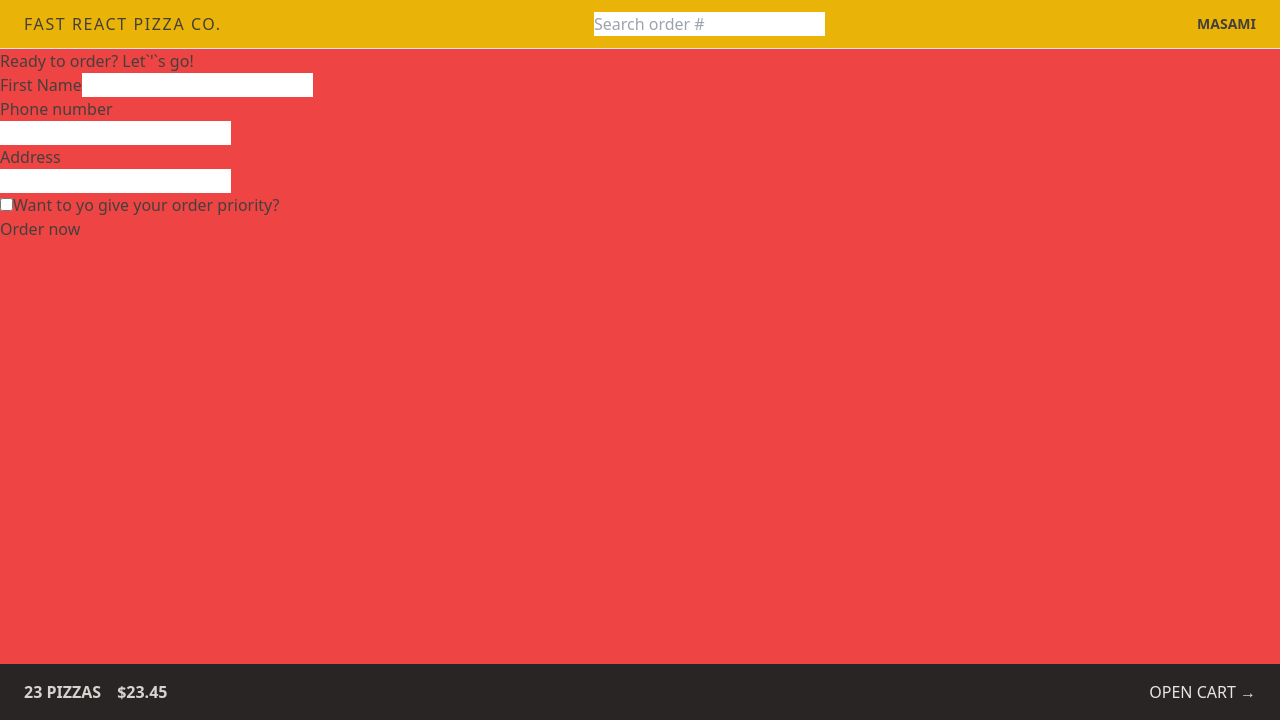
Repository: masamichan/pizza-vite
Page: /order/new
The author's editor kept a copy of each file at every save. The page is drawn from the files as they stood at one save, then again after the next save.
The browser window is 1280 px wide. The pictures show the whole page.
The project was rebuilt for these pictures with package versions that can differ from the ones it lists, and the page was loaded fresh each time. Also part of the build but not shown: vite.config.js, src/ui/Home.jsx, src/utils/helpers.js, src/features/menu/MenuItem.jsx, src/features/menu/Menu.jsx, src/features/cart/Cart.jsx, src/features/order/Order.jsx, src/ui/Loader.jsx and 1 more. Imported but missing from the stored project, and not drawn on this page: src/features/user/CreateUser.

Above is the page before, as saved 2023-12-22 10:45:21.

### src/App.jsx
import { RouterProvider, createBrowserRouter } from "react-router-dom"
import Home from './ui/Home'
import Menu, {loader as menuLoader} from './features/menu/Menu';
import Cart from './features/cart/Cart';
import CreateOrder, {action as createOrderAction} from './features/order/CreateOrder';
import Order, {loader as orderLoader} from "./features/order/Order"
import AppLayout from "./ui/AppLayout";
import Error from "./ui/Error"

const router = createBrowserRouter([
  {
    element: <AppLayout />,
    errorElement: <Error />,
    children: [
  { path: "/", element: <Home/>},
  { path: "/menu", element: <Menu />, loader: menuLoader, errorElement: <Error />},
  {path: "/cart",element: <Cart />},
  {path: "/order/new",element: <CreateOrder />, action: createOrderAction},
  {path: "/order/:orderId", element: <Order />, loader: orderLoader, errorElement: <Error />}
    ],
  },
])




function App() {
  return <RouterProvider router={router} />
}

export default App

### src/features/order/CreateOrder.jsx
import { useState } from "react";
import { Form, redirect, useActionData, useNavigation } from "react-router-dom";
import { createOrder } from "../../services/apiRestaurant";

// https://uibakery.io/regex-library/phone-number
const isValidPhone = (str) =>
  /^\+?\d{1,4}?[-.\s]?\(?\d{1,3}?\)?[-.\s]?\d{1,4}[-.\s]?\d{1,4}[-.\s]?\d{1,9}$/.test(
    str
  );

const fakeCart = [
  {
    pizzaId: 12,
    name: "Mediterranean",
    quantity: 2,
    unitPrice: 16,
    totalPrice: 32,
  },
  {
    pizzaId: 6,
    name: "Vegetale",
    quantity: 1,
    unitPrice: 13,
    totalPrice: 13,
  },
  {
    pizzaId: 11,
    name: "Spinach and Mushroom",
    quantity: 1,
    unitPrice: 15,
    totalPrice: 15,
  },
];

function CreateOrder() {
  const navigation = useNavigation()
  const isSubmitting = navigation.state === "submitting"

  const formErrors = useActionData()


  // const [withPriority, setWithPriority] = useState(false);
  const cart = fakeCart;

  return (
    <div>
      <h2>Ready to order? Let`&apos;`s go!</h2>

      <Form method="POST">
        <div>
          <label>First Name</label>
          <input type="text" name="customer" required />
        </div>

        <div>
          <label>Phone number</label>
          <div>
            <input type="tel" name="phone" required />
          </div>
          {formErrors ?.phone && <p>{formErrors.phone}</p>}
        </div>

        <div>
          <label>Address</label>
          <div>
            <input type="text" name="address" required />
          </div>
        </div>

        <div>
          <input
            type="checkbox"
            name="priority"
            id="priority"
            // value={withPriority}
            // onChange={(e) => setWithPriority(e.target.checked)}
          />
          <label htmlFor="priority">Want to yo give your order priority?</label>
        </div>

        <div>
          <input type="hidden" name="cart" value={JSON.stringify(cart)} />
          <button disabled={isSubmitting}>
            {isSubmitting ? "Placing order..." : "Order now"}
          </button>
        </div>
      </Form>
    </div>
  );
}

export async function action({request}) {
  const formData = await request.formData()
  const data = Object.fromEntries(formData)

  const order = {
    ...data,
    cart: JSON.parse(data.cart),
    priority: data.priority === "on"
  }

  const errors = {}
  if (!isValidPhone(order.phone))
    errors.phone = "Please give us your correct phone number. We might need it to contact you."

  if (Object.keys(errors).length > 0) return errors

  const newOrder = await createOrder(order)

  return redirect(`/order/${newOrder.id}`)
}

export default CreateOrder;

### src/ui/AppLayout.jsx
import Header from './Header';
import Loader from './Loader';
import { Outlet, useNavigation } from 'react-router-dom';
import CartOverview from '../features/cart/CartOverview';

function AppLayout() {
  const navigation = useNavigation();
  const isLoading = navigation.state === 'loading';
  return (
    <div className="grid h-screen grid-rows-[auto_1fr_auto]  bg-red-500">
      {isLoading && <Loader />}

      <Header />
      <main>
        <Outlet />
      </main>
      <CartOverview />
    </div>
  );
}

export default AppLayout;

### src/services/apiRestaurant.js
const API_URL = 'https://react-fast-pizza-api.onrender.com/api';

export async function getMenu() {
  const res = await fetch(`${API_URL}/menu`);

  // fetch won't throw error on 400 errors (e.g. when URL is wrong), so we need to do it manually. This will then go into the catch block, where the message is set
  if (!res.ok) throw Error('Failed getting menu');

  const { data } = await res.json();
  return data;
}

export async function getOrder(id) {
  const res = await fetch(`${API_URL}/order/${id}`);
  if (!res.ok) throw Error(`Couldn't find order #${id}`);

  const { data } = await res.json();
  return data;
}

export async function createOrder(newOrder) {
  try {
    const res = await fetch(`${API_URL}/order`, {
      method: 'POST',
      body: JSON.stringify(newOrder),
      headers: {
        'Content-Type': 'application/json',
      },
    });

    if (!res.ok) throw Error();
    const { data } = await res.json();
    return data;
  } catch {
    throw Error('Failed creating your order');
  }
}

export async function updateOrder(id, updateObj) {
  try {
    const res = await fetch(`${API_URL}/order/${id}`, {
      method: 'PATCH',
      body: JSON.stringify(updateObj),
      headers: {
        'Content-Type': 'application/json',
      },
    });

    if (!res.ok) throw Error();
    // We don't need the data, so we don't return anything
  } catch (err) {
    throw Error('Failed updating your order');
  }
}

### src/ui/Header.jsx
import { Link } from 'react-router-dom';
import SearchOrder from '../features/order/SearchOrder';
import UserName from '../features/user/UserName';

function Header() {
  return (
    <header className="flex items-center justify-between border-b border-stone-200 bg-yellow-500 px-4 py-3 uppercase sm:px-6">
      <Link to="/" className="tracking-widest">
        Fast React Pizza Co.
      </Link>
      <SearchOrder />
      <UserName />
    </header>
  );
}

export default Header;

### src/features/cart/CartOverview.jsx
import { Link } from 'react-router-dom';

function CartOverview() {
  return (
    <div className="flex items-center justify-between bg-stone-800 px-4 py-4 text-sm uppercase text-stone-200 sm:px-6 md:text-base">
      <p className="sm-space-x-6 space-x-4 font-semibold text-stone-300">
        <span>23 pizzas</span>
        <span>$23.45</span>
      </p>
      <Link to="/cart">Open cart &rarr;</Link>
    </div>
  );
}

export default CartOverview;

### src/features/order/SearchOrder.jsx
import { useState } from "react"
import { useNavigate } from "react-router-dom";

function SearchOrder() {

  const[query, setQuery] = useState('')
  const navigate = useNavigate()

  function handleSubmit(e) {
    e.preventDefault();
    if(!query) return;
    navigate(`/order/${query}`)
    setQuery("");
  }

  return (
    <form onSubmit={handleSubmit}>
      <input
      placeholder="Search order #"
      value={query}
      onChange={(e) => setQuery(e.target.value)}
      />
    </form>
  )
}

export default SearchOrder

### src/features/user/UserName.jsx
function UserName() {
  return <div className="hidden text-sm font-semibold md:block">Masami</div>;
}

export default UserName;

Loaded but not shown: index.html (common file); src/main.jsx (common file); src/index.css (common file); tailwind.config.js (common file)

After the next save:
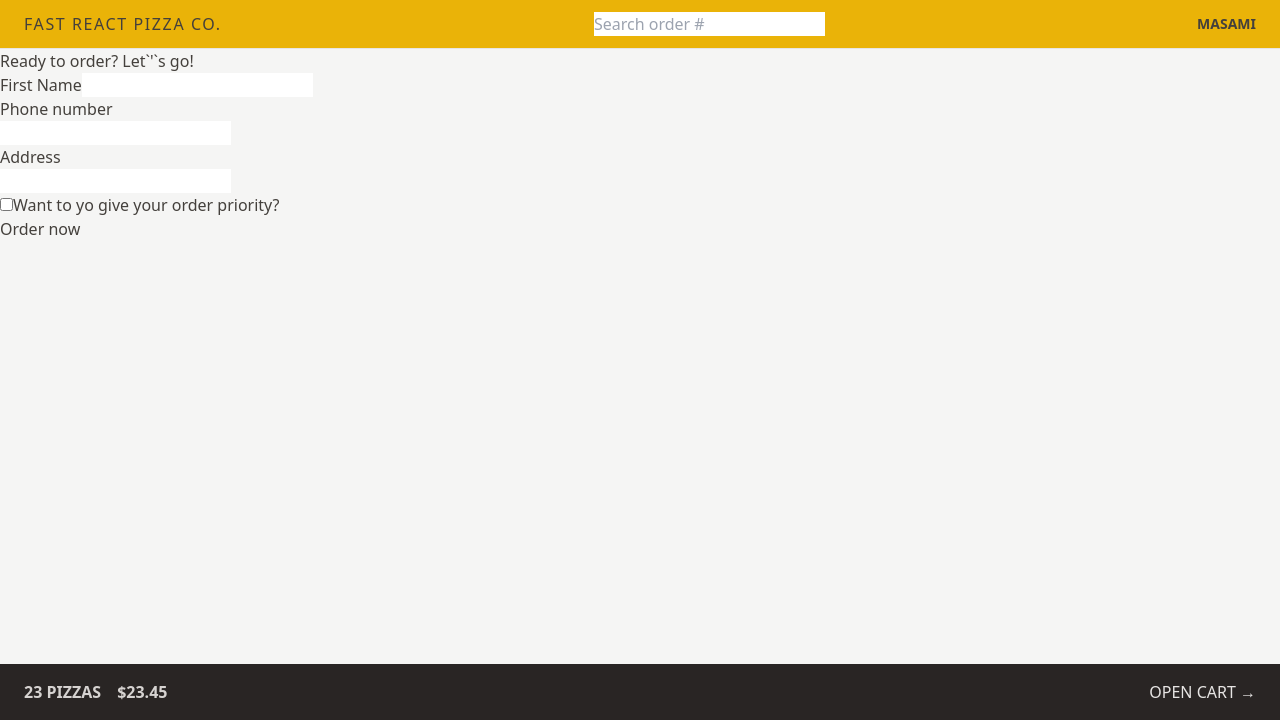
Saved 89 s later.
--- a/src/ui/AppLayout.jsx
+++ b/src/ui/AppLayout.jsx
@@ -7,7 +7,7 @@ function AppLayout() {
   const navigation = useNavigation();
   const isLoading = navigation.state === 'loading';
   return (
-    <div className="grid h-screen grid-rows-[auto_1fr_auto]  bg-red-500">
+    <div className="grid h-screen grid-rows-[auto_1fr_auto]">
       {isLoading && <Loader />}
 
       <Header />
